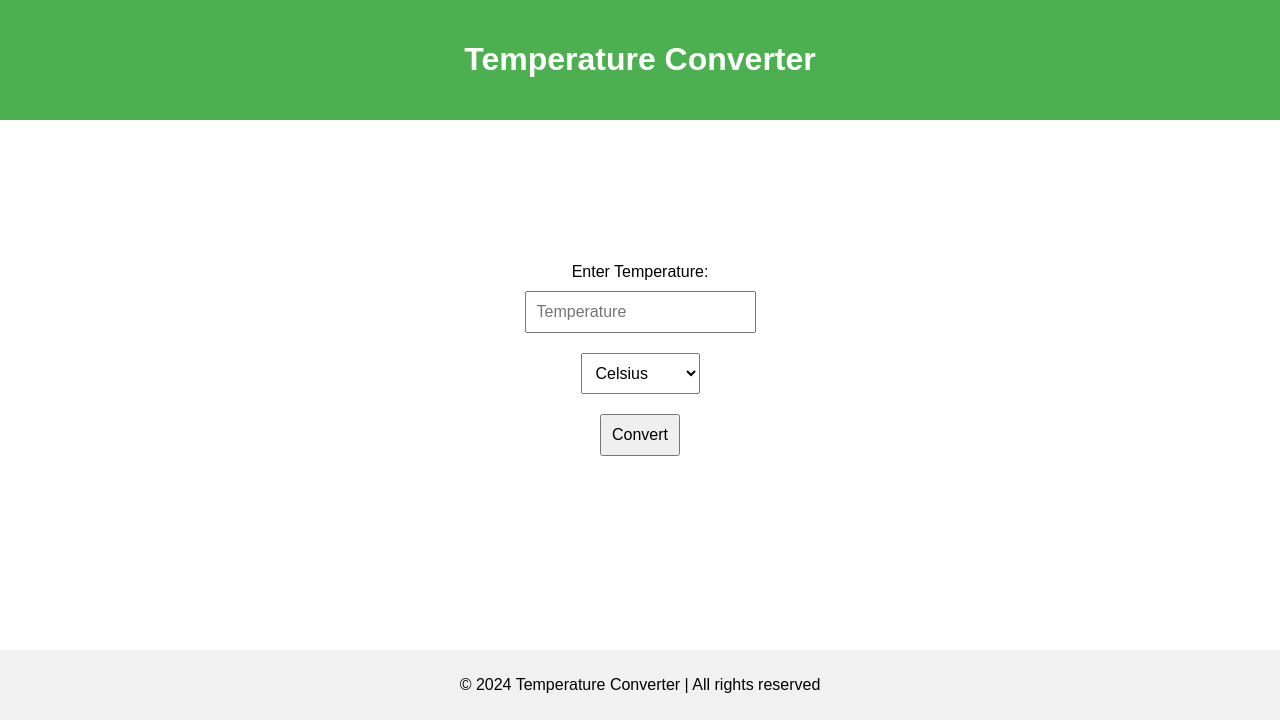
Repository: akhiranandan-04/Temperature-Converter
Page: index.html
These files come from the project's save history. The page is drawn as it stood at one moment and after the next save; the edit follows.
The browser window is 1280 px wide. The pictures show the whole page.

Above is the page before, as saved 2024-10-19 13:05:13.

After the next save:
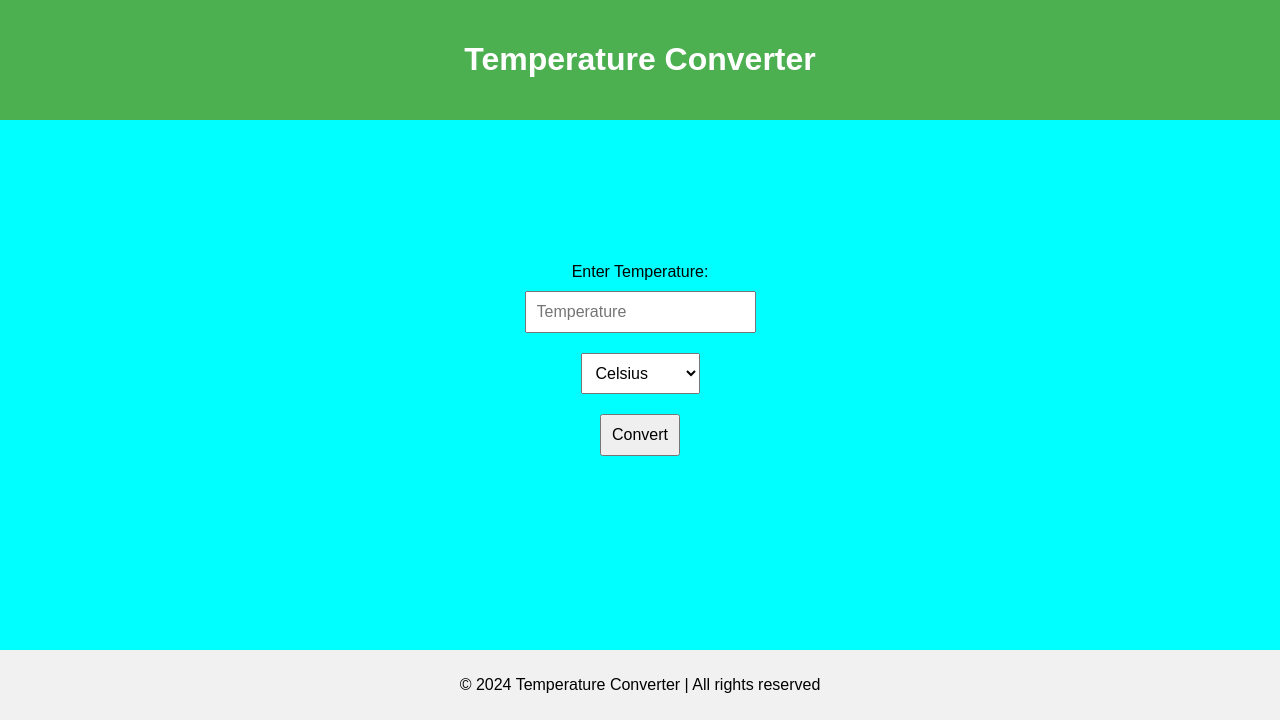
Saved 77 s later.
--- a/style.css
+++ b/style.css
@@ -20,6 +20,7 @@ header {
     align-items: center;
     justify-content: center;
     flex: 1;
+    background-color: aqua;
 }
 
 .converter input, .converter select, .converter button {
